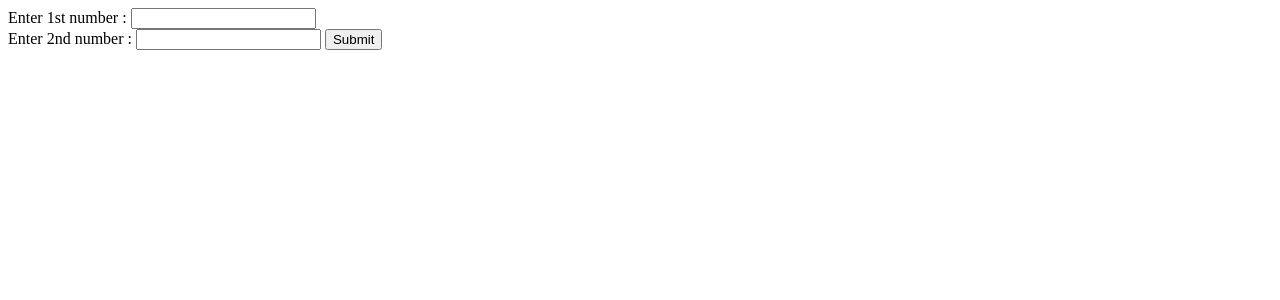
Repository: kparate446/WebApplication
Page: Demo/WebContent/index.html
The author's editor kept a copy of each file at every save. The page is drawn from the files as they stood at one save, then again after the next save.
The browser window is 1280 px wide. The pictures show the whole page.

Above is the page before, as saved 2020-02-13 08:51:23.

After the next save:
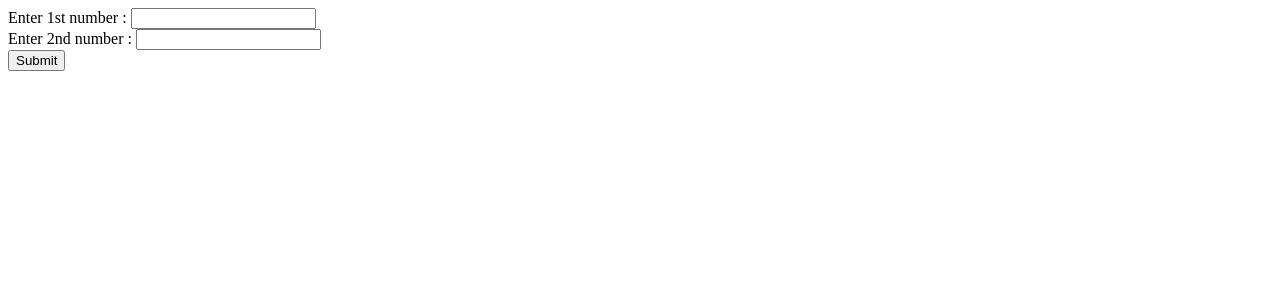
Saved 14 s later.
--- a/Demo/WebContent/index.html
+++ b/Demo/WebContent/index.html
@@ -6,7 +6,7 @@
 <body>
 	<form action="">
 		Enter 1st number : <input type="text" name="num1"><br>
-		Enter 2nd number : <input type="text" name="num2">
+		Enter 2nd number : <input type="text" name="num2"><br>
 		<input type="submit">
 </body>
 </html>
